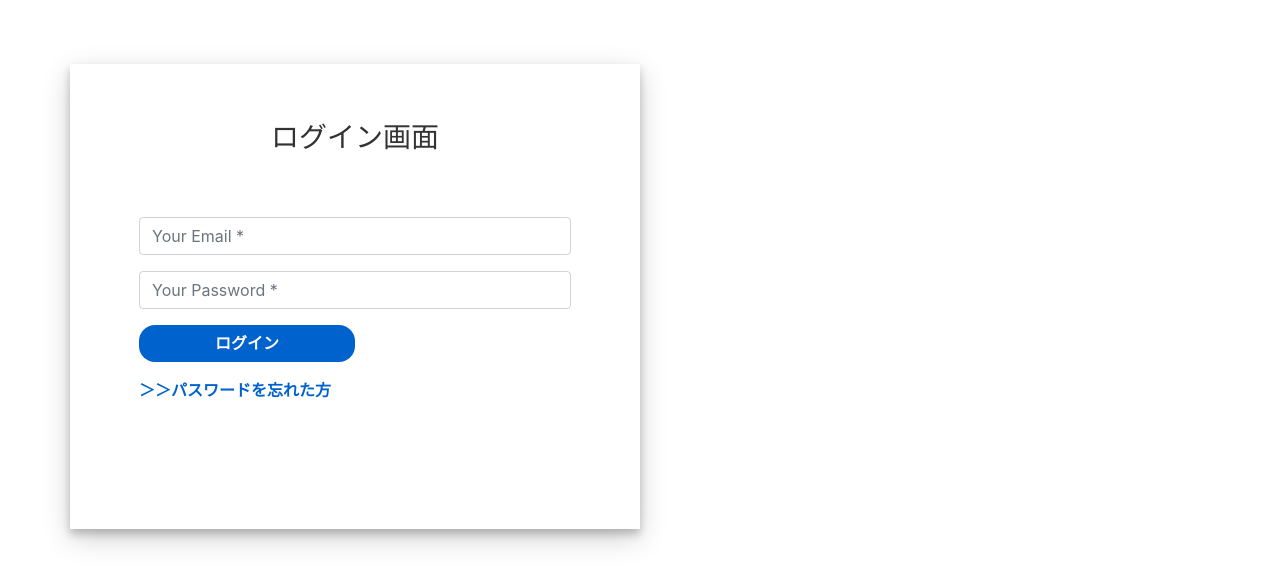
Repository: hiyacins/uma_study
Page: LESSON1/templates/Index.html
An editor plug-in stored every save of this project. The page is shown before and after the next save, followed by the edit.
The browser window is 1280 px wide. The pictures show the whole page.
Some web libraries are served in a nearby version.

Above is the page before, as saved 2020-02-09 14:35:20.

### LESSON1/templates/Index.html
<!DOCTYPE html>
<html lang="ja">

<head>
  <meta charset="utf-8">
  <meta http-equiv="X-UA-Compatible" content="IE=edge">
  <meta name="viewport" content="width=device-width, initial-scale=1">
  <title>ログイン Sample</title>
  <!-- BootstrapのCSS読み込み -->
  <link href="/static/css/bootstrap.min.css" rel="stylesheet">
  <!-- 自作のCSS読み込み -->
  <link href="/static/css/loginform.css" rel="stylesheet">
  <!-- jQuery読み込み -->
  <script src="https://ajax.googleapis.com/ajax/libs/jquery/1.11.3/jquery.min.js"></script>
  <!-- BootstrapのJS読み込み -->
  <script src="/static/js/bootstrap.min.js"></script>
</head>

<body>
  <link href="//maxcdn.bootstrapcdn.com/bootstrap/4.1.1/css/bootstrap.min.css" rel="stylesheet" id="bootstrap-css">
  <script src="//maxcdn.bootstrapcdn.com/bootstrap/4.1.1/js/bootstrap.min.js"></script>
  <script src="//cdnjs.cloudflare.com/ajax/libs/jquery/3.2.1/jquery.min.js"></script>
  <!------ Include the above in your HEAD tag ---------->

  <div class="container login-container">
    <div class="row">
      <div class="col-md-6 login-form-1">
        <h3>ログイン画面</h3>
        <form>
          <div class="form-group">
            <input type="text" class="form-control" placeholder="Your Email *" value="" />
          </div>
          <div class="form-group">
            <input type="password" class="form-control" placeholder="Your Password *" value="" />
          </div>
          <div class="form-group">
            <input type="submit" class="btnSubmit" value="ログイン" />
          </div>
          <div class="form-group">
            <a href="#" class="ForgetPwd">＞＞パスワードを忘れた方</a>
          </div>
        </form>
      </div>
    </div>
  </div>
</body>

</html>

### LESSON1/static/css/loginform.css
.login-container {
    margin-top: 5%;
    margin-bottom: 5%;
}

.login-form-1 {
    padding: 5%;
    box-shadow: 0 5px 8px 0 rgba(0, 0, 0, 0.2), 0 9px 26px 0 rgba(0, 0, 0, 0.19);
}

.login-form-1 h3 {
    text-align: center;
    color: #333;
}

.login-form-2 {
    padding: 5%;
    background: #0062cc;
    box-shadow: 0 5px 8px 0 rgba(0, 0, 0, 0.2), 0 9px 26px 0 rgba(0, 0, 0, 0.19);
}

.login-form-2 h3 {
    text-align: center;
    color: #fff;
}

.login-container form {
    padding: 10%;
}

.btnSubmit {
    width: 50%;
    border-radius: 1rem;
    padding: 1.5%;
    border: none;
    cursor: pointer;
}

.login-form-1 .btnSubmit {
    font-weight: 600;
    color: #fff;
    background-color: #0062cc;
}

.login-form-2 .btnSubmit {
    font-weight: 600;
    color: #0062cc;
    background-color: #fff;
}

.login-form-2 .ForgetPwd {
    color: #fff;
    font-weight: 600;
    text-decoration: none;
}

.login-form-1 .ForgetPwd {
    color: #0062cc;
    font-weight: 600;
    text-decoration: none;
}

Loaded but not shown: LESSON1/static/css/bootstrap.min.css (library); LESSON1/static/js/bootstrap.min.js (library)

After the next save:
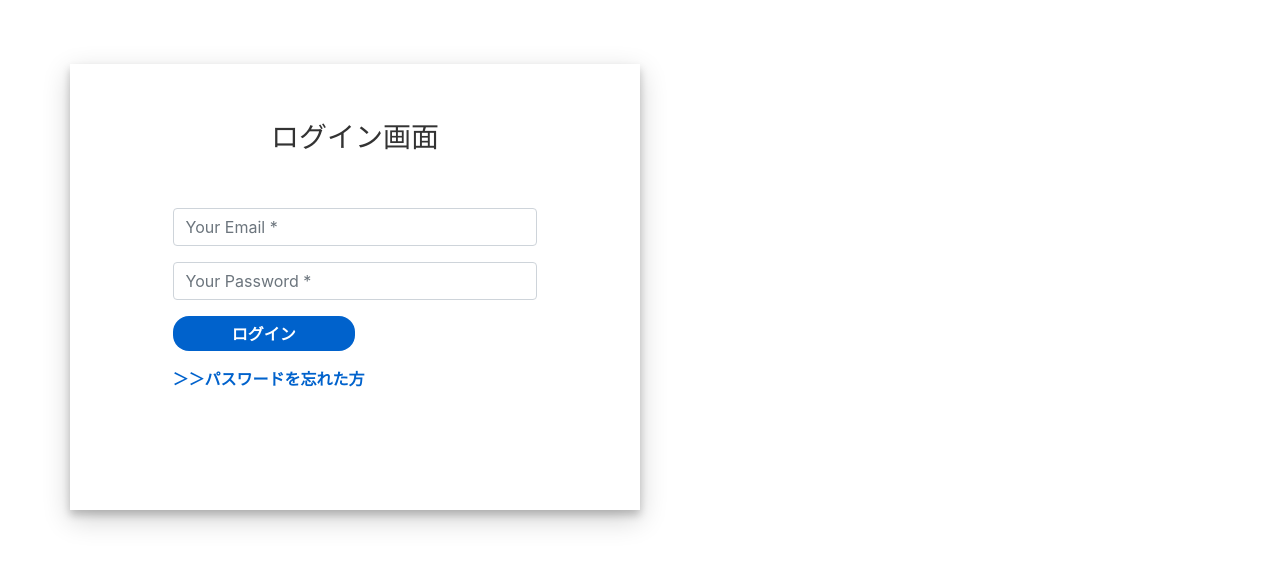
Saved 8 min 46 s later.
--- a/LESSON1/templates/Index.html
+++ b/LESSON1/templates/Index.html
@@ -17,9 +17,9 @@
 </head>
 
 <body>
-  <link href="//maxcdn.bootstrapcdn.com/bootstrap/4.1.1/css/bootstrap.min.css" rel="stylesheet" id="bootstrap-css">
+  <!--<link href="//maxcdn.bootstrapcdn.com/bootstrap/4.1.1/css/bootstrap.min.css" rel="stylesheet" id="bootstrap-css">
   <script src="//maxcdn.bootstrapcdn.com/bootstrap/4.1.1/js/bootstrap.min.js"></script>
-  <script src="//cdnjs.cloudflare.com/ajax/libs/jquery/3.2.1/jquery.min.js"></script>
+  <script src="//cdnjs.cloudflare.com/ajax/libs/jquery/3.2.1/jquery.min.js"></script>-->
   <!------ Include the above in your HEAD tag ---------->
 
   <div class="container login-container">

After the save that followed:
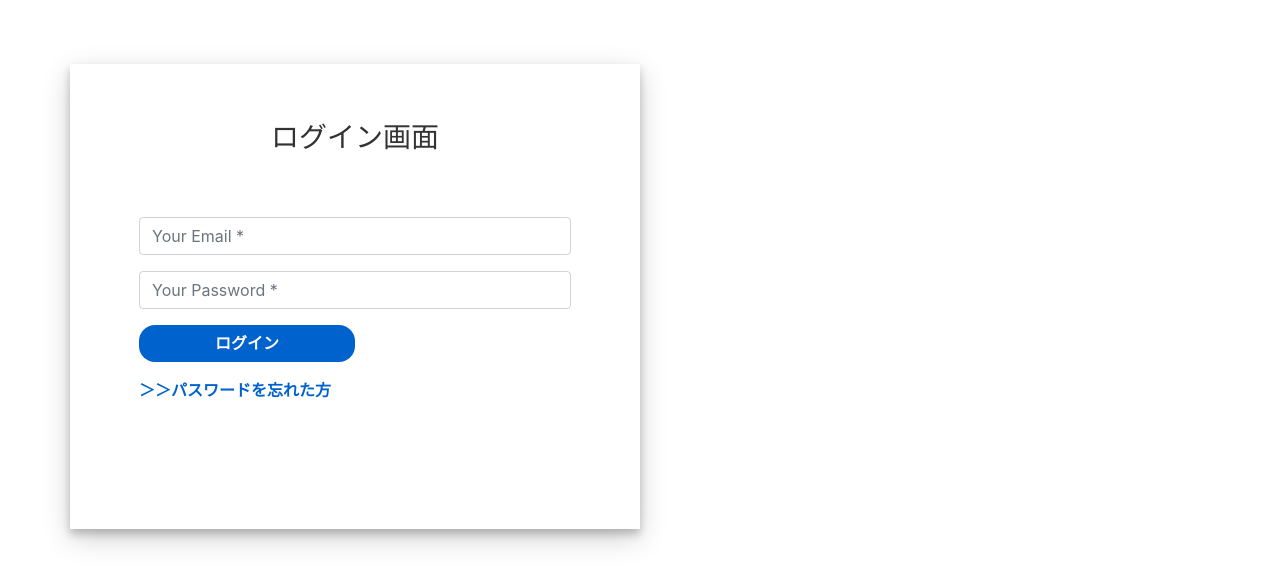
Saved 29 s later.
--- a/LESSON1/templates/Index.html
+++ b/LESSON1/templates/Index.html
@@ -17,9 +17,9 @@
 </head>
 
 <body>
-  <!--<link href="//maxcdn.bootstrapcdn.com/bootstrap/4.1.1/css/bootstrap.min.css" rel="stylesheet" id="bootstrap-css">
+  <link href="//maxcdn.bootstrapcdn.com/bootstrap/4.1.1/css/bootstrap.min.css" rel="stylesheet" id="bootstrap-css">
   <script src="//maxcdn.bootstrapcdn.com/bootstrap/4.1.1/js/bootstrap.min.js"></script>
-  <script src="//cdnjs.cloudflare.com/ajax/libs/jquery/3.2.1/jquery.min.js"></script>-->
+  <script src="//cdnjs.cloudflare.com/ajax/libs/jquery/3.2.1/jquery.min.js"></script>
   <!------ Include the above in your HEAD tag ---------->
 
   <div class="container login-container">
